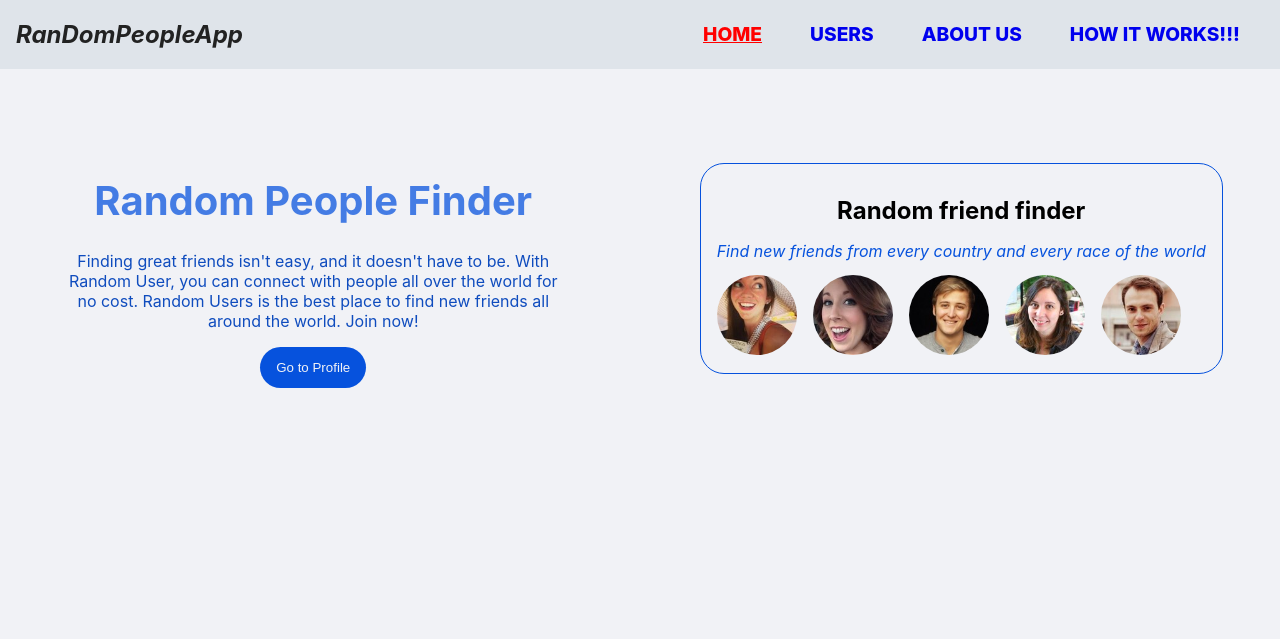
Repository: MikkyPrestige/RandomProfiles
Page: /
The author's editor kept a copy of each file at every save. The page is drawn from the files as they stood at one save, then again after the next save.
The browser window is 1280 px wide. The pictures show the whole page.
The project was rebuilt for these pictures with package versions that can differ from the ones it lists, and the page was loaded fresh each time. Some packages were replaced by stand-ins written for this rebuild. Also part of the build but not shown: src/components/users.jsx, src/assets/styles/search.css, src/components/search.jsx, src/assets/styles/help.css, src/components/help.jsx, src/assets/styles/about.css, src/components/about.jsx, src/assets/styles/error.css and 5 more.

Above is the page before, as saved 2022-11-30 04:30:53.

### public/index.html
<!DOCTYPE html>
<html lang="en">

<head>
  <meta charset="utf-8" />
  <link rel="icon" href="%PUBLIC_URL%/favicon.ico" />
  <meta name="viewport" content="width=device-width, initial-scale=1" />
  <meta name="theme-color" content="#000000" />
  <meta name="description" content="Web site created using create-react-app" />
  <link rel="apple-touch-icon" href="%PUBLIC_URL%/logo192.png" />
  <!--
      manifest.json provides metadata used when your web app is installed on a
      user's mobile device or desktop. See https://developers.google.com/web/fundamentals/web-app-manifest/
    -->
  <link rel="manifest" href="%PUBLIC_URL%/manifest.json" />
  <!--
      Notice the use of %PUBLIC_URL% in the tags above.
      It will be replaced with the URL of the `public` folder during the build.
      Only files inside the `public` folder can be referenced from the HTML.

      Unlike "/favicon.ico" or "favicon.ico", "%PUBLIC_URL%/favicon.ico" will
      work correctly both with client-side routing and a non-root public URL.
      Learn how to configure a non-root public URL by running `npm run build`.
    -->
  <title>AltSchool Assignment 2</title>
</head>

<body>
  <noscript>You need to enable JavaScript to run this app.</noscript>
  <div id="root"></div>
  <!--
      This HTML file is a template.
      If you open it directly in the browser, you will see an empty page.

      You can add webfonts, meta tags, or analytics to this file.
      The build step will place the bundled scripts into the <body> tag.

      To begin the development, run `npm start` or `yarn start`.
      To create a production bundle, use `npm run build` or `yarn build`.
    -->
</body>

</html>

### src/index.css
body {
  margin: 0;
  font-family: -apple-system, BlinkMacSystemFont, 'Segoe UI', 'Roboto', 'Oxygen',
    'Ubuntu', 'Cantarell', 'Fira Sans', 'Droid Sans', 'Helvetica Neue',
    sans-serif;
  -webkit-font-smoothing: antialiased;
  -moz-osx-font-smoothing: grayscale;
  background-color: #f1f2f6;
}

code {
  font-family: source-code-pro, Menlo, Monaco, Consolas, 'Courier New',
    monospace;
}

### src/App.jsx
import * as React from "react";
import { ErrorBoundary } from "react-error-boundary";
import { Route, Routes } from "react-router-dom";
import {
  Layout,
  Home,
  Users,
  Search,
  Help,
  About,
  Error,
  ErrorFallBack,
  Profile,
  // Footer,
} from "./components";

const App = () => {
  return (
    <div className="App">
      <main>
        <ErrorBoundary FallbackComponent={ErrorFallBack}>
          <Layout />
          <Routes>
            <Route path="/" element={<Home />} />
            <Route path="users">
              <Route index element={<Users />} />
              <Route path=":id" element={<Search />} />
            </Route>
            <Route path="profile" element={<Profile />} />
            <Route path="help" element={<Help />} />
            <Route path="about" element={<About />} />
            <Route path="*" element={<Error />} />
          </Routes>
        </ErrorBoundary>
        {/* <Footer /> */}
      </main>
    </div>
  );
};

export default App;

### src/components/index.js
export { default as Layout } from "./layout";
export { default as Home } from "./home";
export { default as Users } from "./users";
export { default as Search } from "./search";
export { default as Help } from "./help";
export { default as About } from "./about";
export { default as Error } from "./error";
export { default as ErrorFallBack } from "./errorFallback";
export { default as Profile } from "./profile";
export { Footer } from "./avatar";

### src/components/layout.jsx
// LAYOUT COMPONENT - This component is for the App Layout that displays the Navigation bar in the app UI to the user when app is open

import { NavLink } from "react-router-dom";
import "../assets/styles/layout.css";

const CustomNavLink = ({ to, ...props }) => {
  let activeStyle = {
    textDecoration: 'underline',
    color: 'red',
  };

  return (
    <NavLink
      style={({ isActive }) =>
        isActive ? activeStyle : { textDecoration: 'none' }
      }
      to={to}
      end
      {...props}
    />
  );
};


const Layout = () => {

  return (
    <nav className="layout">
      <div className="app-header">
        <h1>RanDomPeopleApp</h1>
      </div>
      <div className="nav__items">
        <CustomNavLink to="/" className="nav__item">Home</CustomNavLink>
        <CustomNavLink to="users" className="nav__item">Users</CustomNavLink>
        <CustomNavLink to="about" className="nav__item">About us</CustomNavLink>
        <CustomNavLink to="help" className="nav__item">How it works!!!</CustomNavLink>
      </div>
    </nav>
  );
}

export default Layout;

### src/components/home.jsx
// HOME COMPONENT - This component is the Home section of the app that displays app Home page on load and when the 'HOME' button in the header is clicked

import { useNavigate } from "react-router-dom";
import "../assets/styles/home.css";
import { Avatar } from "./avatar";
import FirstFemale from "../assets/img/female-1.jpg";
import SecondFemale from "../assets/img/female-2.jpg";
import ThirdFemale from "../assets/img/female-3.jpg";
import FirstMale from "../assets/img/male-1.jpg";
import SecondMale from "../assets/img/male-2.jpg";

const Home = () => {
  const navigate = useNavigate();
  const getStarted = () => {
    navigate("/profile"); // Redirect the user to the users component when the get started button is clicked
  };

  return (
    <div className="home">
      <div className="home__container">
        <div className="desc">
          <h1 className="desc__heading">Random people finder</h1>
          <p className="desc__paragraph">
            Finding great friends isn't easy, and it doesn't have to be. With
            Random User, you can connect with people all over the world for no
            cost. Random Users is the best place to find new friends all around
            the world. Join now!
          </p>
          <button onClick={getStarted} className="desc__cta">
            Go to Profile
          </button>
        </div>
        <div className="home__wrapper">
          <h2 className="home__heading">Random friend finder</h2>
          <p className="home__text">
            Find new friends from every country and every race of the world
          </p>
          <div className="home__img">
            <Avatar
              image={FirstFemale}
              alt="Female One"
              style={{ width: "5rem", height: "5rem", borderRadius: "50%" }}
            />
            <Avatar
              image={SecondFemale}
              alt="Female Two"
              style={{ width: "5rem", height: "5rem", borderRadius: "50%" }}
            />
            <Avatar
              image={FirstMale}
              alt="Male One"
              style={{ width: "5rem", height: "5rem", borderRadius: "50%" }}
            />
            <Avatar
              image={ThirdFemale}
              alt="Female Three"
              style={{ width: "5rem", height: "5rem", borderRadius: "50%" }}
            />
            <Avatar
              image={SecondMale}
              alt="Male Two"
              style={{ width: "5rem", height: "5rem", borderRadius: "50%" }}
            />
          </div>
        </div>
      </div>
    </div>
  );
};

export default Home;

### src/components/avatar.jsx
// AVATAR COMPONENT - This component is for the Images used in the app.

import "../assets/styles/layout.css";

export const Avatar = ({ image = "", alt = "", style = {} }) => {
  return (
    <div className="avatar">
      <img src={image} alt={alt} style={style} />
    </div>
  );
};

// FOOTER COMPONENT - for the attribution

export const Footer = () => {
  return (
    <div className="attribution">
      <footer>
        &copy;
        <a
          href="https://github.com/MeekyBerry"
          target="_blank"
          rel="noreferrer"
          className="footer"
        >
          meeky/2022
        </a>
      </footer>
    </div>
  );
};

### src/assets/styles/layout.css
.layout {
  background-color: #dfe4ea;
  padding: 0rem 1rem;
  color: #222;
  display: flex;
  align-items: center;
  justify-content: space-between;
}

.app-header {
  font-style: italic;
}

.nav__items {
  display: flex;
  align-items: center;
  list-style: none;
  flex-wrap: wrap;
}

.nav__item {
  font-size: 1.2rem;
  font-weight: 800;
  padding: 1rem 1.5rem;
  text-transform: uppercase;
}

.attribution {
  text-align: center;
}

.footer {
  color: #222;
  text-decoration: none;
  cursor: pointer;
  font-style: italic;
  font-weight: 600;
}

### src/assets/styles/home.css
.home {
  height: 60vh;
  width: 100%;
  margin-top: 5rem;
  text-align: center;
}

.home__container {
  display: flex;
  justify-content: space-around;
  align-items: center;
  gap: 1rem;
}

.desc {
  width: 40%;
}

.desc__heading {
  font-size: 2.5rem;
  color: #0651ddbb;
  text-transform: capitalize;
}

.desc__paragraph {
  font-size: 1rem;
  color: #0f4cbe;
}

.desc__cta {
  background-color: #0652dd;
  color: #f1f2f6;
  padding: 0.8rem 1rem;
  border: none;
  border-radius: 1.5rem;
}

.desc__cta:hover {
  background-color: #0f4cbe;
}

.home__wrapper {
  border: 1px solid #0652dd;
  border-radius: 1.5rem;
  line-height: 1;
  padding: 1rem;
  height: min-content;
}

.home__text {
  font-style: italic;
  color: #0652dd;
}

.home__img {
  display: flex;
  align-items: center;
  gap: 1rem;
}

### src/assets/styles/users.css
.users {
  background-color: #fff;
  border: 1px solid #ccc;
  border-radius: 0.5rem;
  padding: 1rem;
  margin: 1rem;
}

.users__heading {
  text-align: center;
  text-transform: uppercase;
  font-size: 1.5rem;
  font-weight: bold;
  margin-bottom: 1rem;
}

/* TOP BUTTON  */
.top__btn {
  display: flex;
  justify-content: space-between;
  align-items: center;
  margin-bottom: 1rem;
}

.cta {
  background-color: #fff;
  border: 1px solid #ccc;
  border-radius: 1rem;
  padding: 0.5rem;
  margin: 1rem;
  font-size: 1rem;
  font-weight: bold;
  cursor: pointer;
}

.page__num {
  background-color: #7fffd4;
  color: #fff;
  border: none;
  border-radius: 50%;
  padding: 0.5rem;
  font-size: 1.5rem;
  font-weight: bold;
  cursor: pointer;
}

.users__list {
  list-style: none;
  padding: 2rem;
  margin: 1rem auto;
  width: 85%;
  display: grid;
  grid-template-columns: repeat(3, minmax(200px, 1fr));
  grid-gap: 3rem;
}

.user__items {
  padding: 1rem;
  border-bottom: 1px solid #ccc;
}

.user__item {
  background-color: #fff;
  border: 1px solid #ccc;
  border-radius: 0.5rem;
  padding: 1rem;
}

.user__img {
  width: 80%;
  border-radius: 10%;
  margin-left: 1rem;
}

/* BUTTON BELOW */
.bottom__btn {
  display: flex;
  justify-content: center;
  align-items: center;
}

.btn {
  background-color: #1e90ff;
  color: #f1f2f6;
  border: none;
  border-radius: 1rem;
  padding: 0.5rem 1rem;
  margin: 1rem;
  font-size: 1rem;
  font-weight: bold;
  cursor: pointer;
}

.active:hover {
  background-color: #ced6e0;
  color: #1e90ff;
}

.active:active {
  background-color: #70a1ff;
  color: #ced6e0;
}

.btn__array {
  padding: 0.5rem;
  margin: 0.5rem;
  font-size: 1rem;
  font-weight: bold;
  border-radius: 0.5rem;
  border: none;
  cursor: pointer;
}

.pagination {
  text-align: center;
}

.search__box {
  display: flex;
  justify-content: center;
  align-items: center;
}

.search__link {
  background-color: #fff;
  border: 1px solid #ccc;
  color: #1e90ff;
  border-radius: 1rem;
  width: 18rem;
  padding: 0.5rem;
  margin: 1rem;
  font-size: 1rem;
  font-weight: bold;
  cursor: pointer;
  text-align: center;
  text-decoration: none;
  animation: search 1s ease-in-out infinite;
}

.search__link:hover {
  background-color: #1e90ff;
  color: #fff;
  animation: none;
}

.search__link:active {
  background-color: #70a1ff;
  color: #fff;
  animation: none;
}

@keyframes search {
  0% {
    transform: scale(1);
  }

  50% {
    transform: scale(1.2);
  }

  100% {
    transform: scale(1);
  }
}

Loaded but not shown: src/index.js (common file)

After the next save:
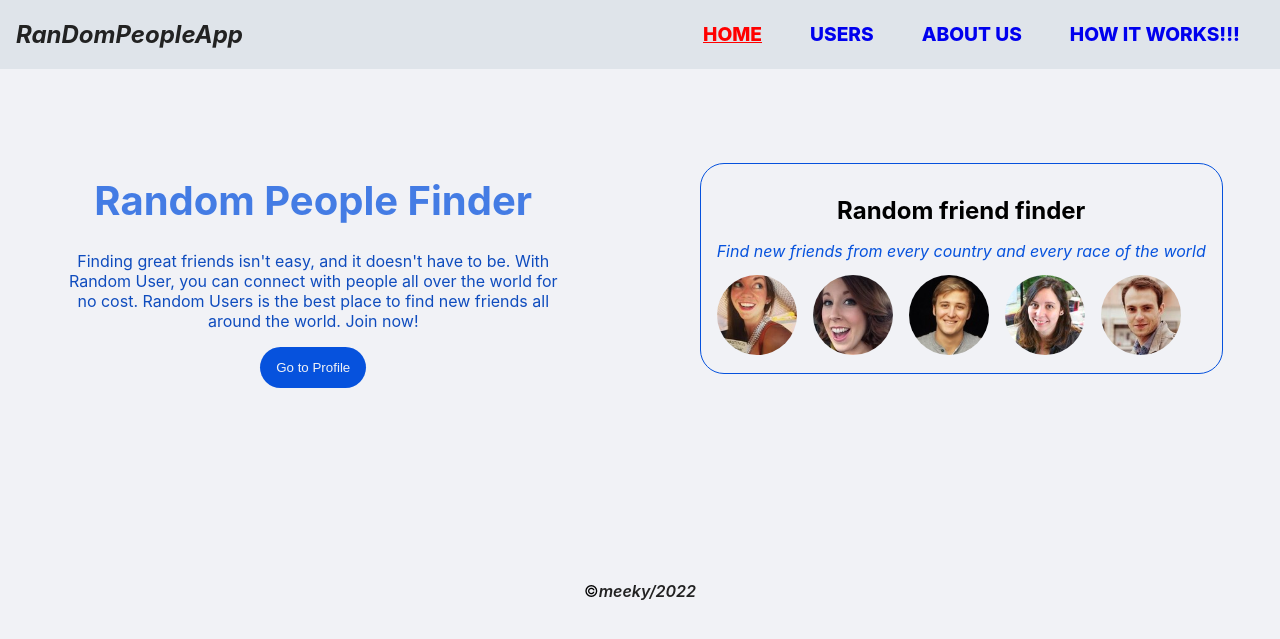
Saved 13 h 42 min later.
--- a/src/App.jsx
+++ b/src/App.jsx
@@ -11,7 +11,7 @@ import {
   Error,
   ErrorFallBack,
   Profile,
-  // Footer,
+  Footer,
 } from "./components";
 
 const App = () => {
@@ -32,7 +32,7 @@ const App = () => {
             <Route path="*" element={<Error />} />
           </Routes>
         </ErrorBoundary>
-        {/* <Footer /> */}
+        <Footer />
       </main>
     </div>
   );
